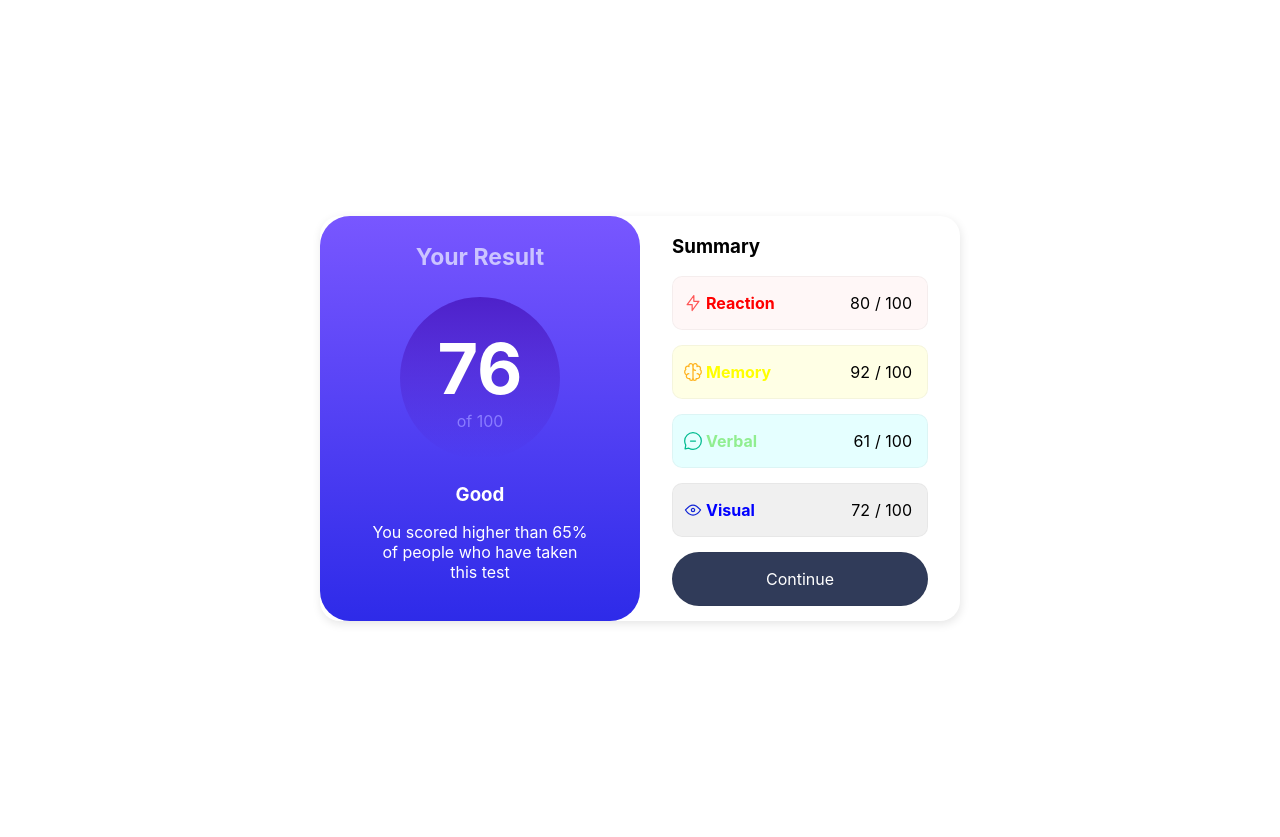
Repository: JeanPaulBassil/Result-Summary-Design
Page: /
These files come from the project's save history. The page is drawn as it stood at one moment and after the next save; the edit follows.
The browser window is 1280 px wide. The pictures show the whole page.
The project was rebuilt for these pictures with package versions that can differ from the ones it lists, and the page was loaded fresh each time.

Above is the page before, as saved 2023-02-24 18:26:00.

### src/index.css
body {
  margin: 0;
  font-family: -apple-system, BlinkMacSystemFont, 'Segoe UI', 'Roboto', 'Oxygen',
    'Ubuntu', 'Cantarell', 'Fira Sans', 'Droid Sans', 'Helvetica Neue',
    sans-serif;
  -webkit-font-smoothing: antialiased;
  -moz-osx-font-smoothing: grayscale;
}

code {
  font-family: source-code-pro, Menlo, Monaco, Consolas, 'Courier New',
    monospace;
}

.app{
  width: 50vw;
  height: 100vh;
  box-shadow: 1px 3px 10px rgba(0, 0, 0, .1);
  border-radius: 20px;
  display: block;
  margin: 30vh auto;
  display: grid;
  grid-template-columns: minmax(250px, 1fr) minmax(250px, 1fr);
  height: auto;
}

@media (max-width: 1125){

}

### src/App.js
import Result from "./Components/Result/Result"
import Summary from "./Components/Summary/Summary"

export default function App() {
    return (
        <div className="app">
            <Result />
            <Summary />
        </div>
    )
};

### src/Components/Result/Result.js
import Description from "../Description/Description";
import Grade from "../Grade/Grade";
import data from "../../data.json";
import "./Result.css"

export default function Result() {
    const score = Math.floor(data.reduce((totalGrade, category) => totalGrade + category.score , 0) / data.length)

    return (
        <div className="result">
            <h3>Your Result</h3>
            <Grade score={score}/>
            <Description score={score}/>
        </div>
    )
};

### src/Components/Summary/Summary.js
import data from "../../data.json"
import './Summary.css'

export default function Summary() {
    const summary = data.map(part => {
        return (
            <div className={`part ${part.color}`}>
                <div>
                    <img className="icon" src={part.icon} alt={part.category}/>
                    <h4>{part.category}</h4>
                </div>
                <div className="secGrade">
                    <p>{part.score}</p>
                    <p>/ 100</p>
                </div>
            </div>
        )
    })

    return (
        <div className="summary">
            <h3>Summary</h3>
            <div>
                {summary}
            </div>
            <div className="button">
                <p>Continue</p>
            </div>
        </div>
    )
};

### src/Components/Description/Description.js
import "./Description.css"

export default function Description({score}) {
    const performance = _ => {
        if (score >= 90) return ['Excellent', `You scored higher than 85% of people who have taken this test`]
        else if (score >= 80) return ['Great', `You scored higher than 75% of people who have taken this test`]
        else if (score >= 70) return ['Good', `You scored higher than 65% of people who have taken this test`]
        else if (score >= 60) return ['Not enough', `You're above nearly half the people who have taken this test`]
        else return ['Fail', `Most people who have taken this test passed over you`]
    }

    return (
        <div className="description">
            <h3>{performance()[0]}</h3>
            <p>{performance()[1]}</p>
        </div>
    )
};

### src/Components/Grade/Grade.js
import "./Grade.css"

export default function Grade({score}) {
    return (
        <div className="grade">
            <h1>{score}</h1>
            <p>of 100</p>
        </div>
    )
};

### src/data.json


[
  {
    "category": "Reaction",
    "score": 80,
    "icon": "./assets/images/icon-reaction.svg",
    "color": "red"
  },
  {
    "category": "Memory",
    "score": 92,
    "icon": "./assets/images/icon-memory.svg",
    "color": "yellow"
  },
  {
    "category": "Verbal",
    "score": 61,
    "icon": "./assets/images/icon-verbal.svg",
    "color": "green"
  },
  {
    "category": "Visual",
    "score": 72,
    "icon": "./assets/images/icon-visual.svg",
    "color": "blue"
  }
]

### src/Components/Result/Result.css
.result {
    display: grid;
    grid-template-rows: 1fr 2fr 2fr;
    align-items: center;
    justify-items: center;
    height: 100%;
    width: 100%;
    background-image: linear-gradient(to bottom,hsl(252, 100%, 67%), hsl(241, 81%, 54%));
    border-radius: 30px;
    color: white;
}

.result > h3 {
    font-size: 23px;
    color: #cbc4ff;
}

### src/Components/Summary/Summary.css
.part {
    display: flex;
    justify-content: space-between;
    border: 1px solid rgba(0, 0, 0, .04);
    margin-bottom: 15px;
    border-radius: 10px;
    padding: 0 10px;
}

.button {
    display: flex;
    justify-content: center;
    border: 1px solid rgba(0, 0, 0, .04);
    margin-bottom: 15px;
    border-radius: 50px;
    padding: 0 10px;
    background-color: #303b59;
    color: white

}

.button:hover {
    cursor: pointer;
}

.icon {
    margin-right: 3px
}

.summary {
    padding: 0 2rem;
    display: flex;
    flex-direction: column;
    justify-content: center;
}

.summary > h3 {
    align-self: flex-start;
}

.part > div {
    display: flex;
    align-items: center;
    justify-content: center;
}

.secGrade > p {
    /* display: inline; */
    margin-right: 5px;
}

.red {
    background-color: rgba(255, 0, 0, 0.03);
}

.red > div > h4 {
    margin: 0;
    color: red;
}

.yellow {
    background-color: rgba(255, 255, 0, 0.1);
}

.yellow > div > h4 {
    margin: 0;
    color: yellow;
}

.green {
    background-color: rgba(0, 255, 255, 0.1);
}

.green > div > h4 {
    margin: 0;
    color: lightgreen;
}

.blue {
    background-color: rgba(0, 0, 0, 0.06);
}

.blue > div > h4 {
    margin: 0;
    color: blue;
}

### src/Components/Description/Description.css
.description {
    display: flex;
    flex-direction: column;
    align-items: center;
    justify-content: center;
}

.description > p{
    inline-size: 220px;
    text-align: center;
}

.description > h3 {
    margin: 0;
}

### src/Components/Grade/Grade.css
.grade {
    display: flex;
    flex-direction: column;
    justify-content: center;
    align-items: center;
    background-image: linear-gradient(to bottom, hsla(256, 72%, 46%, 1), hsla(241, 72%, 46%, 0));
    border-radius: 50%;
    inline-size: 50%;
    block-size: 100%;
}

.grade > h1 {
    margin: 0;
    font-size: 70px;
}

.grade > p {
    margin: 0;
    color: #8a7cff;
}

Loaded but not shown: public/index.html (common file); src/index.js (common file)

After the next save:
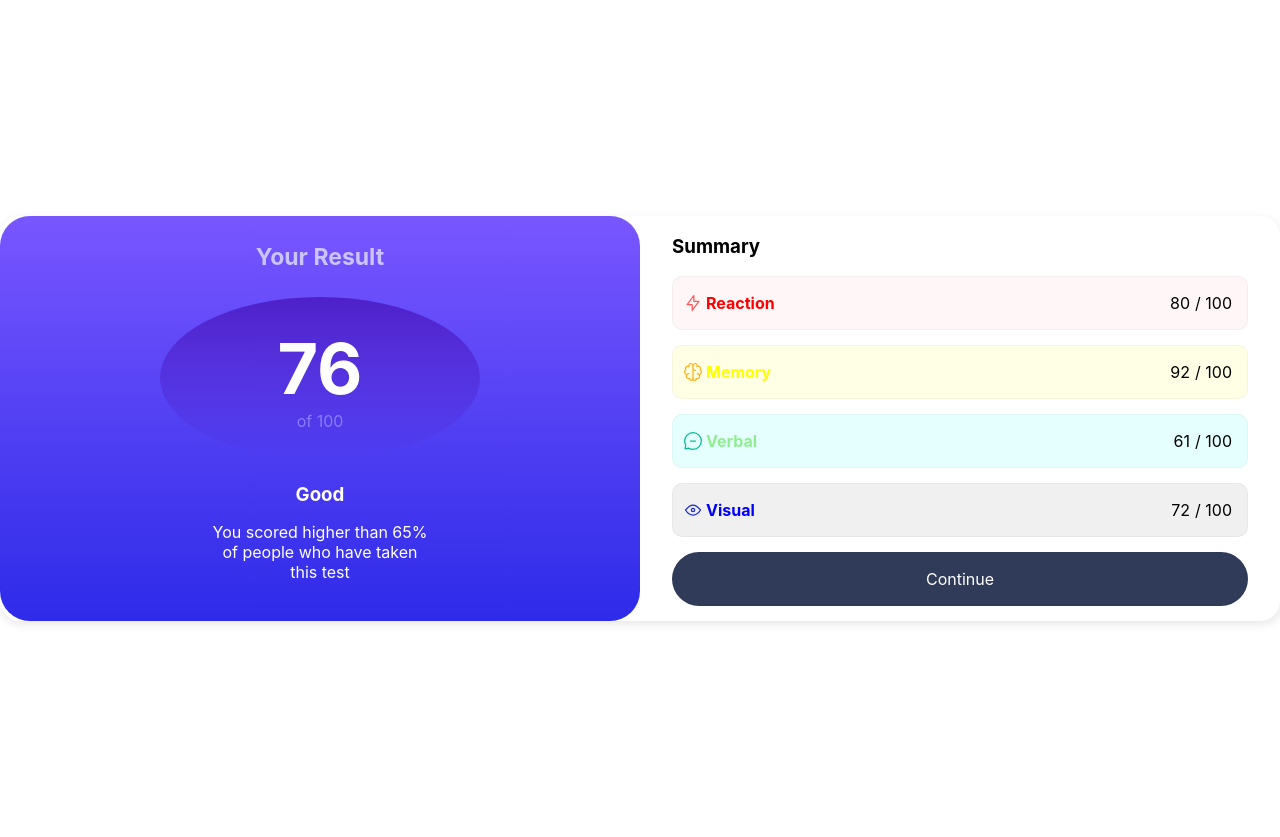
Saved 19 s later.
--- a/src/index.css
+++ b/src/index.css
@@ -13,7 +13,6 @@
 }
 
 .app{
-  width: 50vw;
   height: 100vh;
   box-shadow: 1px 3px 10px rgba(0, 0, 0, .1);
   border-radius: 20px;

After the 5 saves that followed:
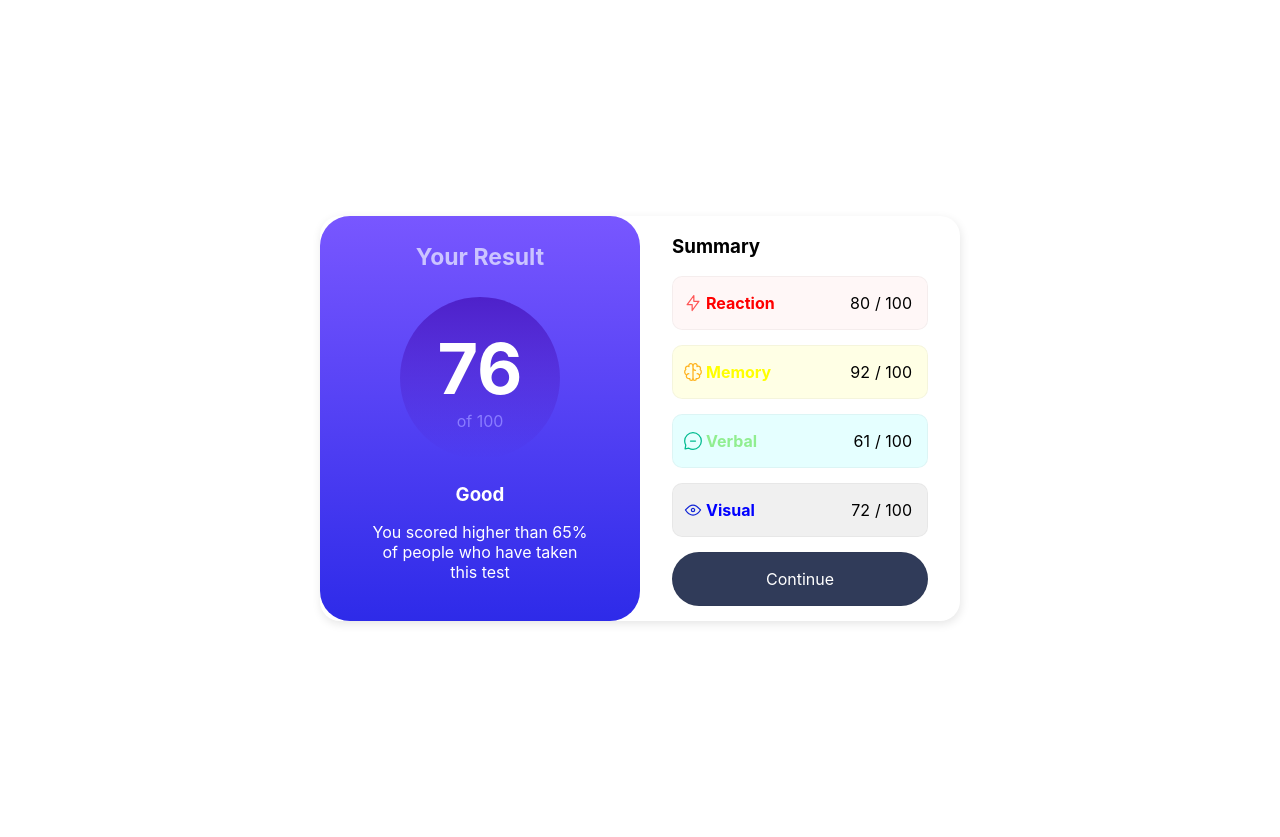
The 5 saves are shown as one change because 4 left the picture as it was.
The last was saved 2 min 22 s later.
--- a/src/index.css
+++ b/src/index.css
@@ -13,6 +13,7 @@
 }
 
 .app{
+  width: 50vw;
   height: 100vh;
   box-shadow: 1px 3px 10px rgba(0, 0, 0, .1);
   border-radius: 20px;
